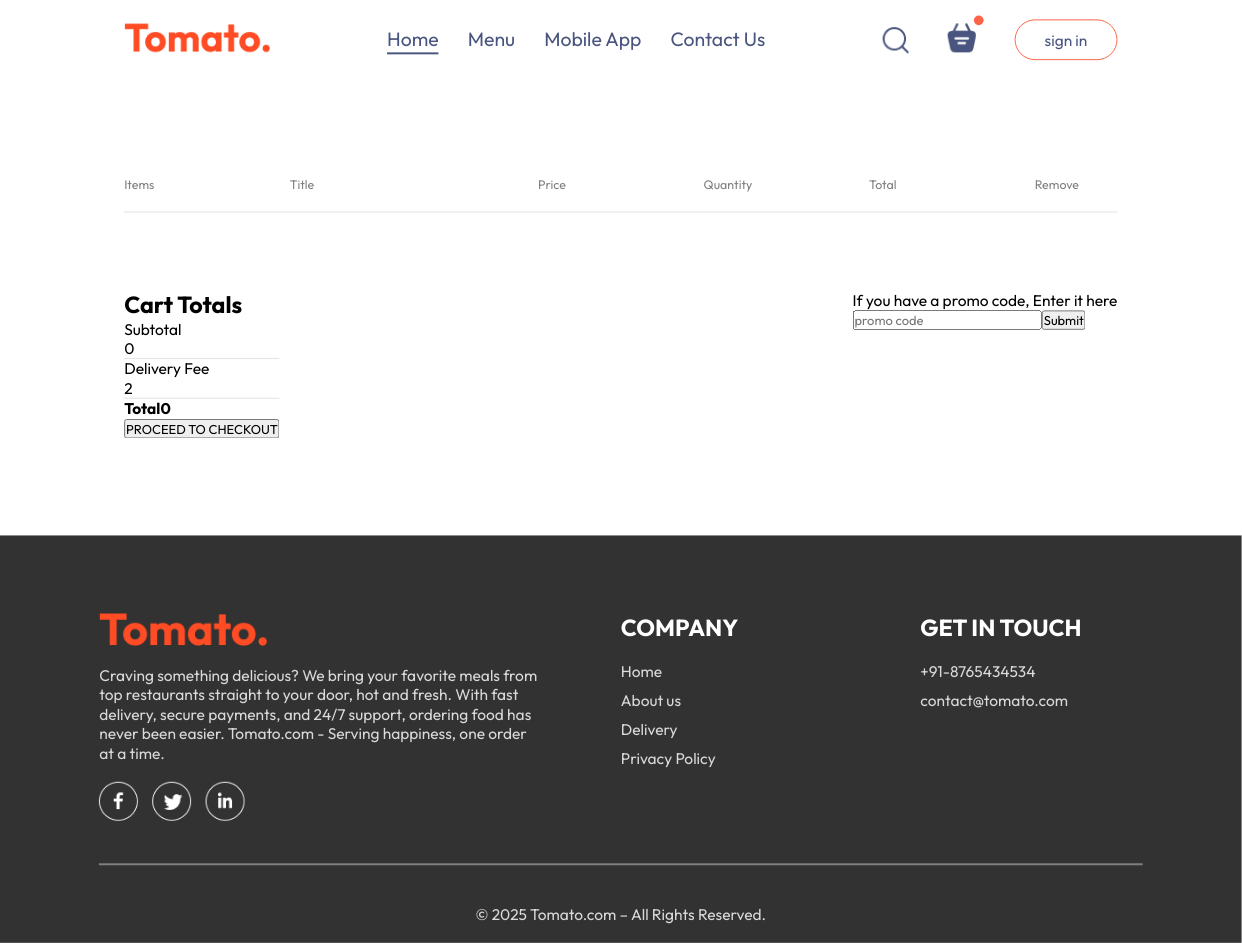
Repository: esakkiraj8104/FOOD_ORDER1
Page: /cart
An editor plug-in stored every save of this project. The page is shown before and after a run of saves, followed by the edit.
The browser window is 1280 px wide. The pictures show the whole page, at 97% of full size.
The project was rebuilt for these pictures with package versions that can differ from the ones it lists, and the page was loaded fresh each time. Also part of the build but not shown: vite.config.js, src/components/Navbar/Header/Haeder.css, src/components/Navbar/Header/Header.jsx, src/components/Navbar/ExploreMenu/ExploreMenu.css, src/components/Navbar/ExploreMenu/ExploreMenu.jsx, src/components/Navbar/FoodDisplay/FoodDisplay.css, src/components/Navbar/FoodItem/FoodItem.css, src/components/Navbar/FoodItem/FoodItem.jsx and 6 more. Imported but missing from the stored project, and not drawn on this page: src/pages/PlaceOrder/PlaceOrder.

Above is the page before, as saved 2025-05-20 18:55:07.

### index.html
<!doctype html>
<html lang="en">
  <head>
    <meta charset="UTF-8" />
    <link rel="icon" type="image/svg+xml" href="/vite.svg" />
    <meta name="viewport" content="width=device-width, initial-scale=1.0" />
    <title>Tomoto food Web</title>
  </head>
  <body>
    <div id="root"></div>
    <script type="module" src="/src/main.jsx"></script>
  </body>
</html>

### src/main.jsx
import React from 'react'
import ReactDOM from 'react-dom/client'
import './index.css'
import App from './App.jsx'
import {BrowserRouter} from 'react-router-dom'
import StoreContextProvider from './Context/StoreContext.jsx'

ReactDOM.createRoot(document.getElementById('root')).render(
  <BrowserRouter>
    <StoreContextProvider>
      <App />
    </StoreContextProvider>

  </BrowserRouter>

)

### src/index.css
@import url('https://fonts.googleapis.com/css2?family=Outfit:wght@100..900&display=swap');

*{
  padding: 0;
  margin: 0;
  box-sizing: border-box;
  font-family: outfit;
  scroll-behavior: smooth;
}
body{
  min-height: 100vh;
}
a{
  text-decoration :none;
  color: inherit;
}
.app{
  width: 80%;
  margin: auto;
}

@keyframes fadeIn {
  0%{
    opacity: 0;
  }
  100%{
    opacity: 1;
  }
}

### src/App.jsx
import React,{ useState } from 'react'
import { Route, Routes } from 'react-router-dom'
import Home from './pages/Home/Home'
import Cart from './pages/Cart/Cart'
import PlaceOrder from './pages/PlaceOrder/PlaceOrder'
import Navbar from './components/Navbar/Navbar/Navbar'
import Footer from './components/Navbar/Footer/Footer'
import LoginPopup from './components/LoginPopup/LoginPopup'

const App = () => {

  const[showLogin,setShowLogin]= useState(false)
  return (

    <>
    {showLogin?<LoginPopup setShowLogin={setShowLogin}/>:<></>}
      <div className='app'>
        <Navbar setShowLogin={setShowLogin}/>
        <Routes >
          <Route path='/' element={<Home />} />
          <Route path='/cart' element={<Cart />} />
          <Route path='/order' element={<PlaceOrder />} />
        </Routes>
      </div>
      <Footer />

    </>


  )
}

export default App

### src/Context/StoreContext.jsx
import { createContext, useEffect, useState } from "react";
import { food_list } from "../assets/assets";

export const StoreContext = createContext(null)

const StoreContextProvider = (props) => {

    const [cartItems,setCartItems]= useState({});

    const addToCart = (itemId) => {
        if (!cartItems[itemId]) {
            setCartItems((prev)=>({...prev,[itemId]:1}))
        }
        else{
            setCartItems((prev)=>({...prev,[itemId]:prev[itemId]+1}))
        }
    }

    const removeFromCart = (itemId) =>{
        setCartItems((prev)=>({...prev,[itemId]:prev[itemId]-1}))
    }

    useEffect(()=>{
        console.log(cartItems);
    },[cartItems])

    const contextValue = {
        food_list,
        cartItems,
        setCartItems,
        addToCart,
        removeFromCart

    }
    return (
        <StoreContext.Provider value={contextValue}>
            {props.children}
        </StoreContext.Provider>
    )
}

export default StoreContextProvider;

### src/pages/Cart/Cart.jsx
import React, { useContext } from 'react'
import './Cart.css'
import { StoreContext } from '../../Context/StoreContext'
const Cart = () => {


  const { cartItems, food_list, removeFromCart } = useContext(StoreContext);
  return (
    <div className='cart'>
      <div className="cart-items">
        <div className="cart-items-title">
          <p>Items</p>
          <p>Title</p>
          <p>Price</p>
          <p>Quantity</p>
          <p>Total</p>
          <p>Remove</p>
        </div>
        <br />
        <hr />
        {food_list.map((item, index) => {
          if (cartItems[item._id] > 0) {
            return (
              <div>
                <div className='cart-items-title cart-items-item'>
                  <img src={item.image} alt="" />
                  <p>{item.name}</p>
                  <p>${item.price}</p>
                  <p>{cartItems[item._id]}</p>
                  <p>${item.price * cartItems[item._id]}</p>
                  <p onClick={() => removeFromCart(item._id)} className='cross'>❌</p>
                </div>
                <hr />
              </div>

            )
          }
        })}
      </div>
      <div className="cart-bottom">
        <div className="cart-total">
          <h2>Cart Totals</h2>
          <div>
            <div className="cart-total-details">
              <p>Subtotal</p>
              <p>{0}</p>
            </div>
            <hr />
            <div className="cart-total-details">
              <p>Delivery Fee</p>
              <p>{2}</p>
            </div>
            <hr />
            <div className="cart-total-details">
              <b>Total</b>
              <b>{0}</b>
            </div>
          </div>
          <button>PROCEED TO CHECKOUT</button>
        </div>
        <div className="cart-promocode">
          <div>
            <p>If you have a promo code, Enter it here</p>
            <div className='cart-promocode-input'>
              <input type="text" placeholder='promo code' />
              <button>Submit</button>
            </div>
          </div>
        </div>
      </div>
    </div>
  )
}

export default Cart

### src/components/Navbar/Navbar/Navbar.jsx
import React, { useState } from 'react'
import './Navbar.css'
import { assets } from '../../../assets/assets'
import { Link } from 'react-router-dom';
const Navbar = ({setShowLogin}) => {

    const [menu,setMenu] = useState("home");
  return (
    <div className='navbar'>
        <Link to='/'><img src={assets.logo} alt="" className="logo" /></Link>
        <ul className="navbar-menu">
        <Link to='/'className={menu === "home" ? "active" : ""} onClick={() => setMenu("home")}>Home</Link>
        <a href='#explore-menu' className={menu === "menu" ? "active" : ""} onClick={() => setMenu("menu")}>Menu</a>
        <a href='#app-download'className={menu === "mobile-app" ? "active" : ""} onClick={() => setMenu("mobile-app")}>Mobile App</a>
        <a href='#footer'className={menu === "contact us" ? "active" : ""} onClick={() => setMenu("contact us")}>Contact Us</a>
        </ul>
        <div className="navbar-right">
            <img src={assets.search_icon} alt="" />
            <div className="navbar-search-icon">
                <Link to='/cart'><img src={assets.basket_icon} alt="" /></Link>
                <div className="dot"></div>
            </div>
            <button onClick={()=>setShowLogin(true)}>sign in</button>
        </div>
    </div>
  )
}

export default Navbar

### src/components/Navbar/Footer/Footer.jsx
import React from 'react'
import './Footer.css'
import { assets } from '../../../assets/assets'

const Footer = () => {
  return (

    <div className='footer' id='footer'>
      <div className="footer-content">
        <div className="footer-content-left">
          <img src={assets.logo} alt="" />
          <p>Craving something delicious? We bring your favorite meals from top restaurants straight to your door, hot and fresh.
            With fast delivery, secure payments, and  24/7 support, ordering food has never been easier.
            Tomato.com - Serving happiness, one order at a time.</p>
          <div className="footer-social-icons">
            <img src={assets.facebook_icon} alt="" />
            <img src={assets.twitter_icon} alt="" />
            <img src={assets.linkedin_icon} alt="" />
          </div>
        </div>
        <div className="footer-content-center">
          <h2>COMPANY</h2>
          <ul>
            <li>Home</li>
            <li>About us</li>
            <li>Delivery</li>
            <li>Privacy Policy</li>
          </ul>
        </div>
        <div className="footer-content-right">
          <h2>GET IN TOUCH</h2>
          <ul>
            <li>+91-8765434534</li>
            <li>contact@tomato.com</li>
          </ul>
        </div>
      </div>
      <hr />
      <p className="footer-copyright">© 2025 Tomato.com – All Rights Reserved.</p>
    </div>
  )
}

export default Footer

### src/assets/assets.js
import basket_icon from './basket_icon.png'
import logo from './logo.png'
import header_img from './header_img.png'
import search_icon from './search_icon.png'
import menu_1 from './menu_1.png'
import menu_2 from './menu_2.png'
import menu_3 from './menu_3.png'
import menu_4 from './menu_4.png'
import menu_5 from './menu_5.png'
import menu_6 from './menu_6.png'
import menu_7 from './menu_7.png'
import menu_8 from './menu_8.png'

import food_1 from './food_1.png'
import food_2 from './food_2.png'
import food_3 from './food_3.png'
import food_4 from './food_4.png'
import food_5 from './food_5.png'
import food_6 from './food_6.png'
import food_7 from './food_7.png'
import food_8 from './food_8.png'
import food_9 from './food_9.png'
import food_10 from './food_10.png'
import food_11 from './food_11.png'
import food_12 from './food_12.png'
import food_13 from './food_13.png'
import food_14 from './food_14.png'
import food_15 from './food_15.png'
import food_16 from './food_16.png'
import food_17 from './food_17.png'
import food_18 from './food_18.png'
import food_19 from './food_19.png'
import food_20 from './food_20.png'
import food_21 from './food_21.png'
import food_22 from './food_22.png'
import food_23 from './food_23.png'
import food_24 from './food_24.png'
import food_25 from './food_25.png'
import food_26 from './food_26.png'
import food_27 from './food_27.png'
import food_28 from './food_28.png'
import food_29 from './food_29.png'
import food_30 from './food_30.png'
import food_31 from './food_31.png'
import food_32 from './food_32.png'

import add_icon_white from './add_icon_white.png'
import add_icon_green from './add_icon_green.png'
import remove_icon_red from './remove_icon_red.png'
import app_store from './app_store.png'
import play_store from './play_store.png'
import linkedin_icon from './linkedin_icon.png'
import facebook_icon from './facebook_icon.png'
import twitter_icon from './twitter_icon.png'
import cross_icon from './cross_icon.png'
import selector_icon from './selector_icon.png'
import rating_starts from './rating_starts.png'
import profile_icon from './profile_icon.png'
import bag_icon from './bag_icon.png'
import logout_icon from './logout_icon.png'
import parcel_icon from './parcel_icon.png'

export const assets = {
    logo,
    basket_icon,
    header_img,
    search_icon,
    rating_starts,
    add_icon_green,
    add_icon_white,
    remove_icon_red,
    app_store,
    play_store,
    linkedin_icon,
    facebook_icon,
    twitter_icon,
    cross_icon,
    selector_icon,
    profile_icon,
    logout_icon,
    bag_icon,
    parcel_icon
}

export const menu_list = [
    {
        menu_name: "Salad",
        menu_image: menu_1
    },
    {
        menu_name: "Rolls",
        menu_image: menu_2
    },
    {
        menu_name: "Deserts",
        menu_image: menu_3
    },
    {
        menu_name: "Sandwich",
        menu_image: menu_4
    },
    {
        menu_name: "Cake",
        menu_image: menu_5
    },
    {
        menu_name: "Pure Veg",
        menu_image: menu_6
    },
    {
        menu_name: "Pasta",
        menu_image: menu_7
    },
    {
        menu_name: "Noodles",
        menu_image: menu_8
    }]

export const food_list = [
    {
        _id: "1",
        name: "Greek salad",
        image: food_1,
        price: 12,
        description: "Food provides essential nutrients for overall health and well-being",
        category: "Salad"
    },
    {
        _id: "2",
        name: "Veg salad",
        image: food_2,
        price: 18,
        description: "Food provides essential nutrients for overall health and well-being",
        category: "Salad"
    }, {
        _id: "3",
        name: "Clover Salad",
        image: food_3,
        price: 16,
        description: "Food provides essential nutrients for overall health and well-being",
        category: "Salad"
    }, {
        _id: "4",
        name: "Chicken Salad",
        image: food_4,
        price: 24,
        description: "Food provides essential nutrients for overall health and well-being",
        category: "Salad"
    }, {
        _id: "5",
        name: "Lasagna Rolls",
        image: food_5,
        price: 14,
        description: "Food provides essential nutrients for overall health and well-being",
        category: "Rolls"
    }, {
        _id: "6",
        name: "Peri Peri Rolls",
        image: food_6,
        price: 12,
        description: "Food provides essential nutrients for overall health and well-being",
        category: "Rolls"
    }, {
        _id: "7",
        name: "Chicken Rolls",
        image: food_7,
        price: 20,
        description: "Food provides essential nutrients for overall health and well-being",
        category: "Rolls"
    }, {
        _id: "8",
        name: "Veg Rolls",
        image: food_8,
        price: 15,
        description: "Food provides essential nutrients for overall health and well-being",
        category: "Rolls"
    }, {
        _id: "9",
        name: "Ripple Ice Cream",
        image: food_9,
        price: 14,
        description: "Food provides essential nutrients for overall health and well-being",
        category: "Deserts"
    }, {
        _id: "10",
        name: "Fruit Ice Cream",
        image: food_10,
        price: 22,
        description: "Food provides essential nutrients for overall health and well-being",
        category: "Deserts"
    }, {
        _id: "11",
        name: "Jar Ice Cream",
        image: food_11,
        price: 10,
        description: "Food provides essential nutrients for overall health and well-being",
        category: "Deserts"
    }, {
        _id: "12",
        name: "Vanilla Ice Cream",
        image: food_12,
        price: 12,
        description: "Food provides essential nutrients for overall health and well-being",
        category: "Deserts"
    },
    {
        _id: "13",
        name: "Chicken Sandwich",
        image: food_13,
        price: 12,
        description: "Food provides essential nutrients for overall health and well-being",
        category: "Sandwich"
    },
    {
        _id: "14",
        name: "Vegan Sandwich",
        image: food_14,
        price: 18,
        description: "Food provides essential nutrients for overall health and well-being",
        category: "Sandwich"
    }, {
        _id: "15",
        name: "Grilled Sandwich",
        image: food_15,
        price: 16,
        description: "Food provides essential nutrients for overall health and well-being",
        category: "Sandwich"
    }, {
        _id: "16",
        name: "Bread Sandwich",
        image: food_16,
        price: 24,
        description: "Food provides essential nutrients for overall health and well-being",
        category: "Sandwich"
    }, {
        _id: "17",
        name: "Cup Cake",
        image: food_17,
        price: 14,
        description: "Food provides essential nutrients for overall health and well-being",
        category: "Cake"
    }, {
        _id: "18",
        name: "Vegan Cake",
        image: food_18,
        price: 12,
        description: "Food provides essential nutrients for overall health and well-being",
        category: "Cake"
    }, {
        _id: "19",
        name: "Butterscotch Cake",
        image: food_19,
        price: 20,
        description: "Food provides essential nutrients for overall health and well-being",
        category: "Cake"
    }, {
        _id: "20",
        name: "Sliced Cake",
        image: food_20,
        price: 15,
        description: "Food provides essential nutrients for overall health and well-being",
        category: "Cake"
    }, {
        _id: "21",
        name: "Garlic Mushroom ",
        image: food_21,
        price: 14,
        description: "Food provides essential nutrients for overall health and well-being",
        category: "Pure Veg"
    }, {
        _id: "22",
        name: "Fried Cauliflower",
        image: food_22,
        price: 22,
        description: "Food provides essential nutrients for overall health and well-being",
        category: "Pure Veg"
    }, {
        _id: "23",
        name: "Mix Veg Pulao",
        image: food_23,
        price: 10,
        description: "Food provides essential nutrients for overall health and well-being",
        category: "Pure Veg"
    }, {
        _id: "24",
        name: "Rice Zucchini",
        image: food_24,
        price: 12,
        description: "Food provides essential nutrients for overall health and well-being",
        category: "Pure Veg"
    },
    {
        _id: "25",
        name: "Cheese Pasta",
        image: food_25,
        price: 12,
        description: "Food provides essential nutrients for overall health and well-being",
        category: "Pasta"
    },
    {
        _id: "26",
        name: "Tomato Pasta",
        image: food_26,
        price: 18,
        description: "Food provides essential nutrients for overall health and well-being",
        category: "Pasta"
    }, {
        _id: "27",
        name: "Creamy Pasta",
        image: food_27,
        price: 16,
        description: "Food provides essential nutrients for overall health and well-being",
        category: "Pasta"
    }, {
        _id: "28",
        name: "Chicken Pasta",
        image: food_28,
        price: 24,
        description: "Food provides essential nutrients for overall health and well-being",
        category: "Pasta"
    }, {
        _id: "29",
        name: "Buttter Noodles",
        image: food_29,
        price: 14,
        description: "Food provides essential nutrients for overall health and well-being",
        category: "Noodles"
    }, {
        _id: "30",
        name: "Veg Noodles",
        image: food_30,
        price: 12,
        description: "Food provides essential nutrients for overall health and well-being",
        category: "Noodles"
    }, {
        _id: "31",
        name: "Somen Noodles",
        image: food_31,
        price: 20,
        description: "Food provides essential nutrients for overall health and well-being",
        category: "Noodles"
    }, {
        _id: "32",
        name: "Cooked Noodles",
        image: food_32,
        price: 15,
        description: "Food provides essential nutrients for overall health and well-being",
        category: "Noodles"
    }
]

### src/pages/Cart/Cart.css
.cart{
    margin-top: 100px;
}
.cart-items-title{
    display: grid;
    grid-template-columns: 1fr 1.5fr 1fr 1fr 1fr 0.5fr;
    align-items: center;
    color: grey;
    font-size: max(1vw,12px);

}
.cart-items-item{
    margin: 10px 0px;
    color: black;
}
.cart-items-item img{
    width: 100px;
}
.cart hr{
    height: 1px;
    background-color: #e2e2e2;
    border: none;
}
.cart-items-item .cross{
    cursor: pointer;
}
.cart-bottom{
    margin-top: 80px;
    display: flex;
    justify-content: space-between;
    gap: max(12vw,20px);
}
.cart

### src/components/Navbar/Navbar/Navbar.css
.navbar{
    padding: 20px 0px;
    display: flex;
    justify-content: space-between;
    align-items: center;
}

.navbar .logo{
    width: 150px;
}

.navbar-menu{
    display: flex;
    list-style: none;
    gap: 30px;
    color: #49557e;
    font-size: 20px;
}

.navbar-right{
    display: flex;
    align-items: center;
    gap: 40px;
}

.navbar button{
    background: transparent;
    font-size: 16px;
    color: #49557e;
    border: 1px solid tomato;
    padding: 10px 30px;
    border-radius: 50px;
    cursor: pointer;
    transition: 0.3;
}

.navbar button:hover{
    background-color: #fff4f2;
}

.navbar .active{
    padding-bottom: 2px;
    border-bottom: 2px solid #49557e;
}

.navbar li{
    cursor: pointer;
}

.navbar-search-icon{
    position:relative;
}

.navbar-search-icon .dot{
    position: absolute;
    min-width: 10px;
    min-height: 10px;
    background-color: tomato;
    border-radius: 5px;
    top: -8px;
    right: -8px;
}
@media(max-width:1050px) {
    .navbar .logo{
        width: 140px;
    }
    .navbar-menu{
        gap: 20px;
        font-size: 17px;
    }
    .navbar-right{
        gap: 30px;
    }
    .navbar-right img{
        width: 22px;
    }
    .navbar-right button{
        padding: 8px 25px;
    }
}
@media(max-width:900px) {
    .navbar .logo{
        width: 120px;
    }
    .navbar-menu{
        gap: 15px;
        font-size: 16px;
    }
    .navbar-right{
        gap: 20px;
    }
    .navbar-right img{
        width: 20px;
    }
    .navbar-right button{
        padding: 7px 20px;
        font-size: 15px;
    }
}
@media(max-width:750px) {
    .navbar-menu{
        display: none;
    }
}

### src/components/Navbar/Footer/Footer.css
.footer{
    color: #d9d9d9;
    background: #323232;
    display: flex;
    flex-direction: column;
    align-items: center;
    gap: 20px;
    padding: 20px 8vw;
    padding-top: 80px;
    margin-top: 100px;

}

.footer-content{
    width: 100%;
    display: grid;
    grid-template-columns: 2fr 1fr 1fr;
    gap: 80px;
}
.footer-content-left, .footer-content-right, .footer-content-center{
    display: flex;
    flex-direction: column;
    align-items: start;
    gap: 20px;
}
.footer-content-left li, .footer-content-right li, .footer-content-center li{
    list-style: none;
    margin-bottom: 10px;
    cursor: pointer;
}
.footer-content-right h2, .footer-content-center h2 {
    color: white;
}
.footer-social-icons img{
    width: 40px;
    margin-right: 15px;
}
.footer hr{
    width: 100%;
    height: 2px;
    margin: 20px 0;
    background-color: grey;
    border: none;
}
@media (max-width:750px) {
    .footer-content{
        display: flex;
        flex-direction: column;
        gap: 35px;
    }
    .footer-copyright{
        text-align: center;
    }
}

Loaded but not shown: src/pages/Home/Home.css (no stored copy; drawn as an empty file)

After the next 9 saves:
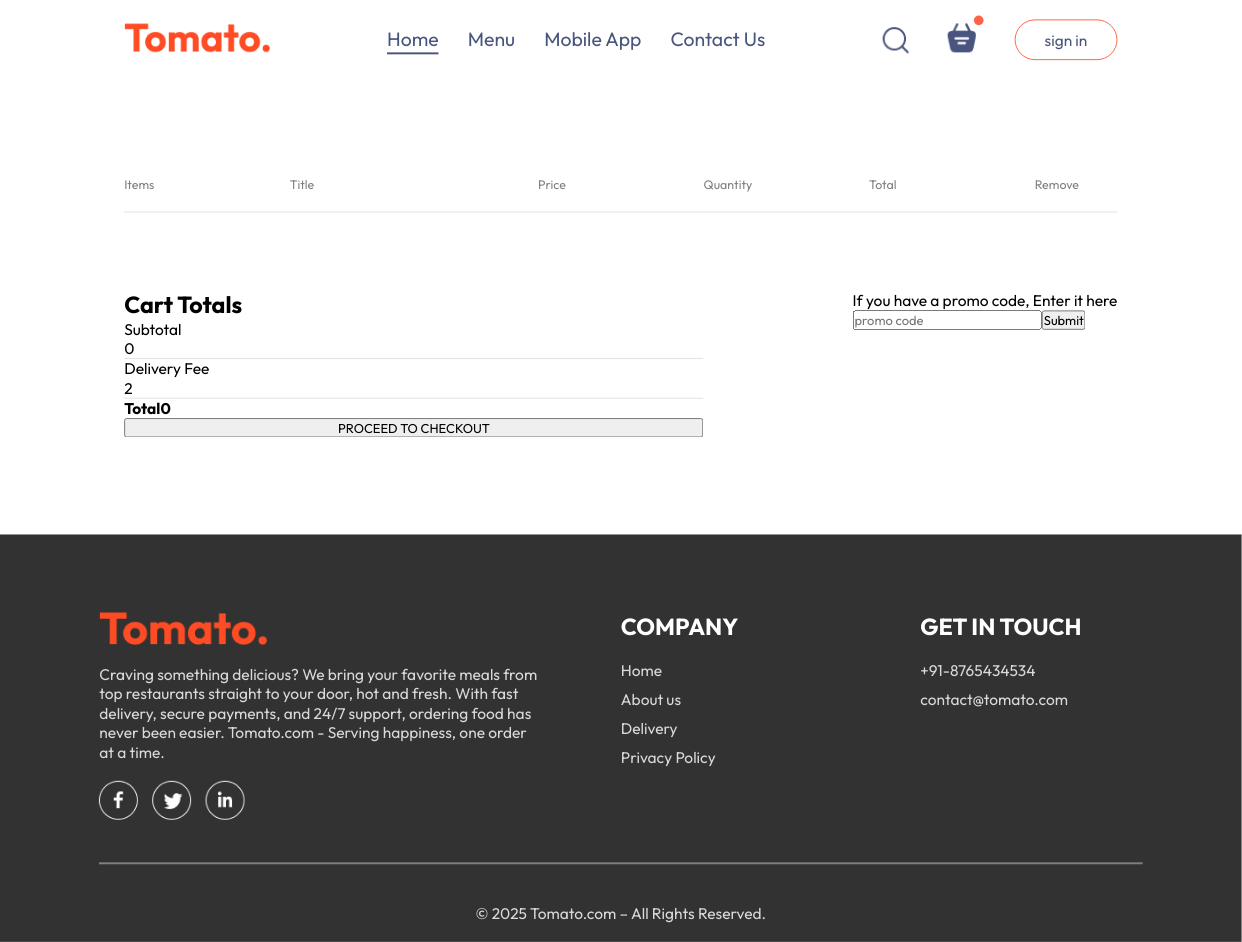
The 9 saves are shown as one change because they came seconds apart.
The last was saved 26 s later.
--- a/src/pages/Cart/Cart.css
+++ b/src/pages/Cart/Cart.css
@@ -30,4 +30,9 @@
     justify-content: space-between;
     gap: max(12vw,20px);
 }
-.cart
+.cart-total{
+    flex: 1;
+    display: flex;
+    flex-direction: column;
+    gap
+}
